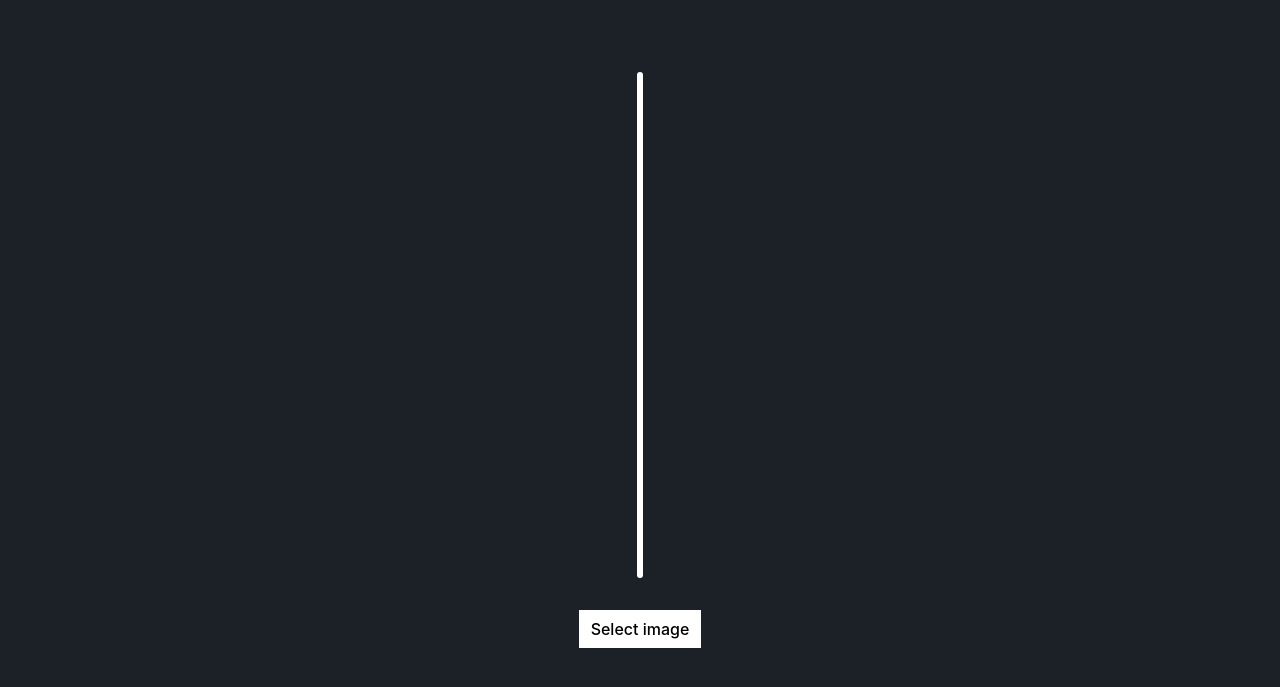
Repository: StephaneCash/Reconnaissance_Immatriculation_Plate
Page: /
These files come from the project's save history. The page is drawn as it stood at one moment and after the next save; the edit follows.
The browser window is 1280 px wide. The pictures show the whole page.
The project was rebuilt for these pictures with package versions that can differ from the ones it lists, and the page was loaded fresh each time.

Above is the page before, as saved 2021-11-22 01:20:40.

After the next save:
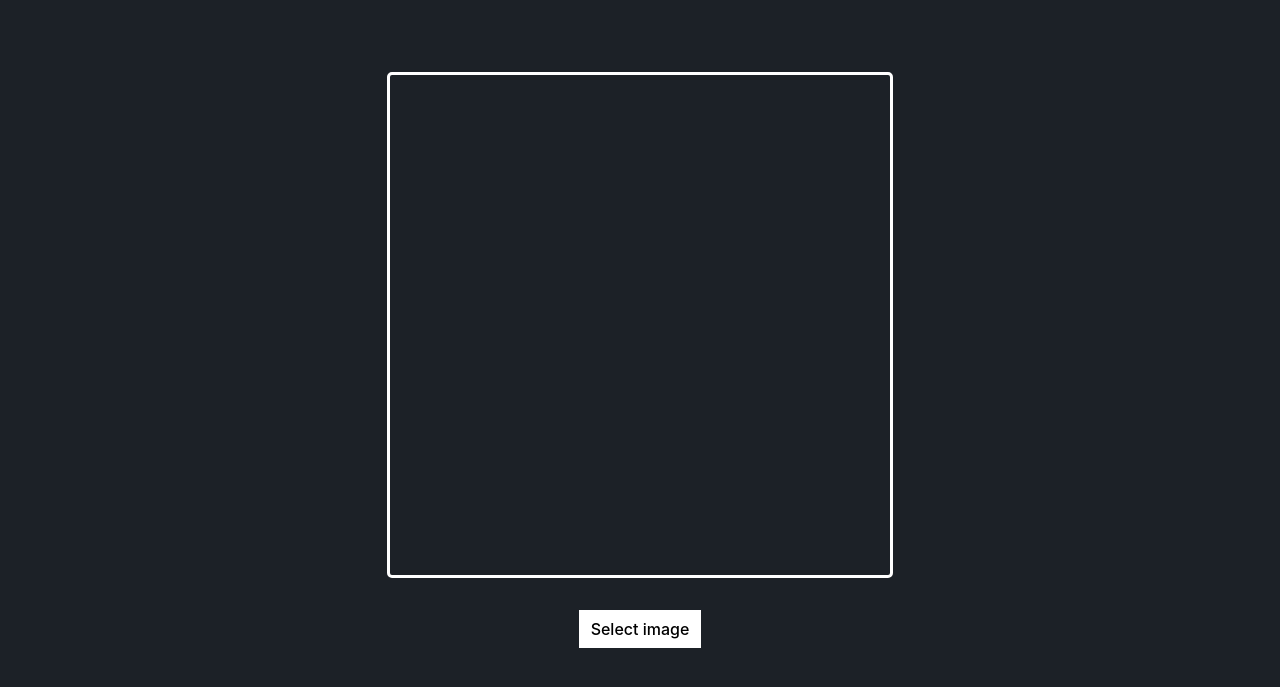
Saved 11 s later.
--- a/src/App.css
+++ b/src/App.css
@@ -30,7 +30,7 @@
 
 .objdetect {
   height: 500px;
-  max-width: 500px;
+  min-width: 500px;
   border: 3px solid #fff;
   border-radius: 5px;
   display: flex;

After the 2 saves that followed:
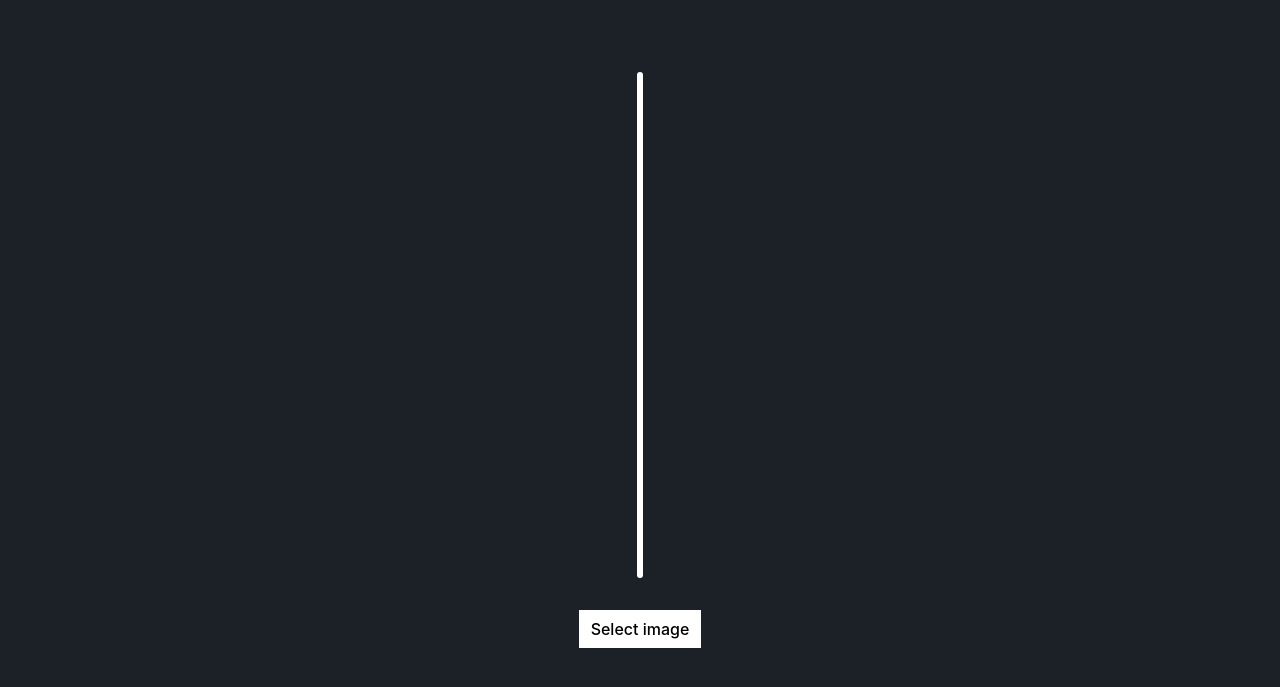
The 2 saves are shown as one change because 1 left the picture as it was.
The last was saved 26 s later.
--- a/src/App.css
+++ b/src/App.css
@@ -30,7 +30,7 @@
 
 .objdetect {
   height: 500px;
-  min-width: 500px;
+  width: auto;
   border: 3px solid #fff;
   border-radius: 5px;
   display: flex;
